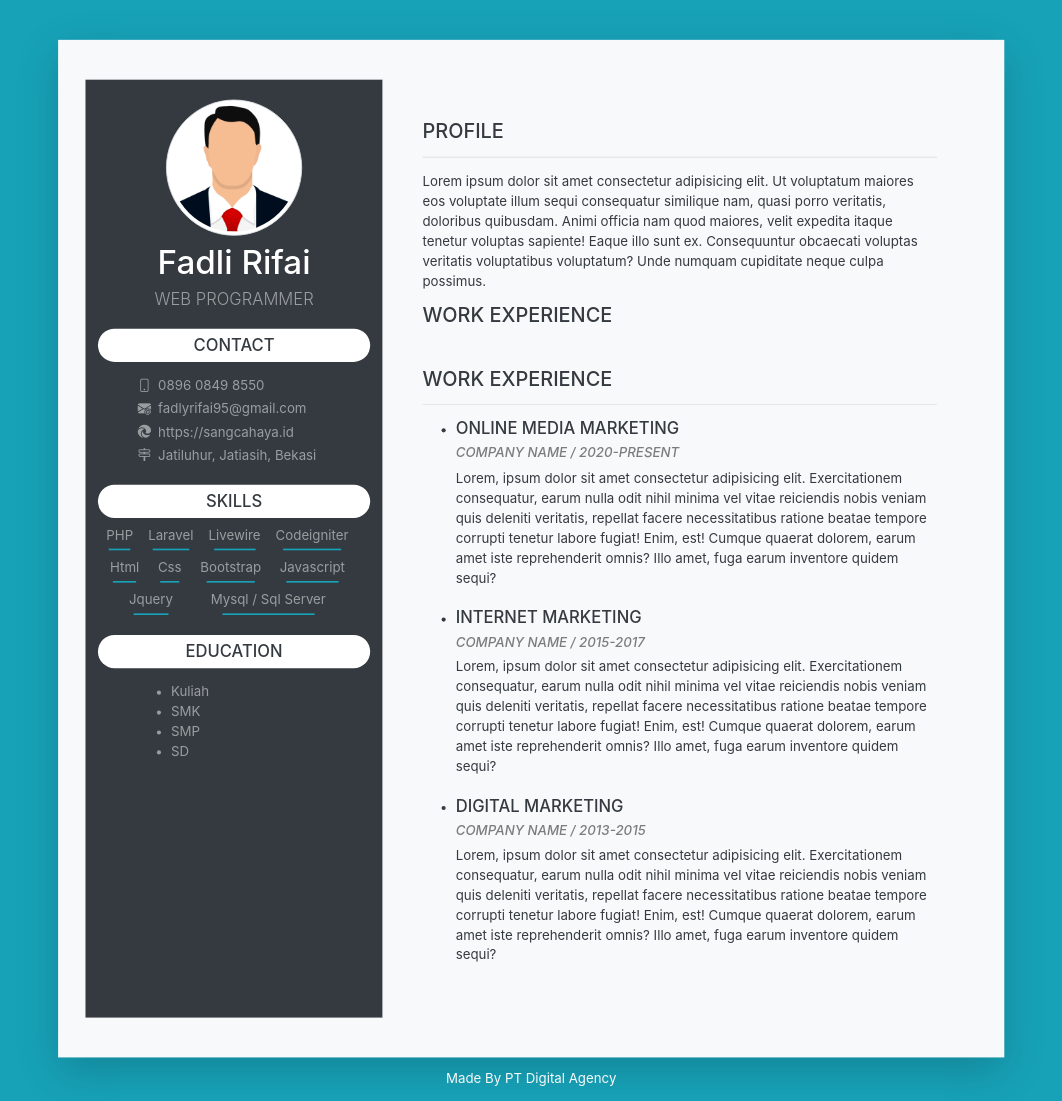
Repository: fadlyyy/fadlyyy.github.io
Page: index.html
The author's editor kept a copy of each file at every save. The page is drawn from the files as they stood at one save, then again after the next save.
The browser window is 1280 px wide. The pictures show the whole page, at 83% of full size.

Above is the page before, as saved 2024-01-31 07:57:26.

### index.html
<!DOCTYPE html>
<html lang="en">

<head>
     <!-- Required meta tags -->
     <meta charset="utf-8" />
     <meta name="viewport" content="width=device-width, initial-scale=1, shrink-to-fit=no" />

     <!-- Bootstrap CSS -->
     <link rel="stylesheet" href="https://cdn.jsdelivr.net/npm/bootstrap@4.6.2/dist/css/bootstrap.min.css"
          integrity="sha384-xOolHFLEh07PJGoPkLv1IbcEPTNtaed2xpHsD9ESMhqIYd0nLMwNLD69Npy4HI+N" crossorigin="anonymous" />

     <!-- Icon -->
     <link rel="stylesheet" href="https://cdn.jsdelivr.net/npm/bootstrap-icons@1.11.3/font/bootstrap-icons.min.css" />

     <link rel="stylesheet" href="style.css" />

     <title>Hello, world!</title>
</head>

<body class="bg-info">
     <div class="container p-5 bg-light mt-5 mb-5 shadow shadow-lg">
          <div class="row">
               <div class="col-lg-4 bg-dark text-white text-center py-4">
                    <div class="header-left">
                         <img src="img/profile.png"
                              alt="" class="img-thumbnail rounded-circle mb-2 w-50 h-50" />
                         <h1 class="display-5">Fadli Rifai</h1>
                         <h4 class="lead text-uppercase text-white-50 mb-4">Web Programmer</h4>
                    </div>

                    <!-- general info -->
                    <div class="general-info">
                         <h5 class="text-uppercase bg-white text-dark py-2 rounded-pill">contact</h5>

                         <ul class="list-unstyled text-white-50 py-2 text-left ml-5">
                              <li class="list-item mb-1">
                                   <p>
                                        <i class="bi bi-phone mr-1"></i> 0896 0849 8550
                                   </p>
                              </li>
                              <li class="list-item mb-1 text-wrap w-75">
                                   <p>
                                        <i class="bi bi-envelope-at-fill mr-1"></i> fadlyrifai95@gmail.com
                                   </p>
                              </li>
                              <li class="list-item mb-1">
                                   <p>
                                        <i class="bi bi-browser-edge mr-1"></i> https://sangcahaya.id
                                   </p>
                              </li>
                              <li class="list-item">
                                   <i class="bi bi-signpost-2 mr-1"></i>
                                   Jatiluhur, Jatiasih, Bekasi
                              </li>
                         </ul>
                    </div>

                    <!-- skills -->
                    <div>
                         <h5 class="text-uppercase bg-white text-dark py-2 rounded-pill">skills</h5>
                         <ul class="list list-unstyled text-white-50 px-2 text-left text-capitalize list-skills">
                              <li class="list-item">PHP</li>
                              <li class="list-item">laravel</li>
                              <li class="list-item">livewire</li>
                              <li class="list-item">codeigniter</li>
                              <li class="list-item">html</li>
                              <li class="list-item">css</li>
                              <li class="list-item">bootstrap</li>
                              <li class="list-item">javascript</li>
                              <li class="list-item">jquery</li>
                              <li class="list-item">mysql / sql server</li>
                         </ul>
                    </div>

                    <!-- educations -->
                    <div>
                         <h5 class="text-uppercase bg-white text-dark py-2 rounded-pill">education</h5>
                         <ul class="list text-white-50 ml-5 py-2 text-left text-capitalize">
                              <li class="list-item">Kuliah</li>
                              <li class="list-item">SMK</li>
                              <li class="list-item">SMP</li>
                              <li class="list-item">SD</li>
                         </ul>
                    </div>
               </div>

               <div class="col-lg-8 bg-light text-dark py-5 px-5 right-side">
                    <div class="header-right">
                         <h4 class="text-uppercase">Profile</h4>
                         <hr />
                         <p>
                              Lorem ipsum dolor sit amet consectetur adipisicing elit. Ut voluptatum maiores eos
                              voluptate illum sequi consequatur similique nam, quasi porro veritatis, doloribus
                              quibusdam. Animi officia nam quod maiores, velit expedita
                              itaque tenetur voluptas sapiente! Eaque illo sunt ex. Consequuntur obcaecati voluptas
                              veritatis voluptatibus voluptatum? Unde numquam cupiditate neque culpa possimus.
                         </p>
                    </div>

                    <div class="work-experience">
                         <h4 class="text-uppercase">work experience</h4>
                    </div>

                    <div class="mt-5">
                         <h4 class="text-uppercase">work experience</h4>
                         <hr>

                         <ul class="list">
                              <li class="list-item">
                                   <h5 class="display-6 text-uppercase">online media marketing</h5>
                                   <h6 class="text-uppercase text-black-50 font-italic">company name / 2020-present</h6>
                                   <p>Lorem, ipsum dolor sit amet consectetur adipisicing elit. Exercitationem consequatur, earum nulla odit nihil minima vel vitae reiciendis nobis veniam quis deleniti veritatis, repellat facere necessitatibus ratione beatae tempore corrupti tenetur labore fugiat! Enim, est! Cumque quaerat dolorem, earum amet iste reprehenderit omnis? Illo amet, fuga earum inventore quidem sequi?</p>
                              </li>

                              <li class="list-item mt-4">
                                   <h5 class="display-6 text-uppercase">internet marketing</h5>
                                   <h6 class="text-uppercase text-black-50 font-italic">company name / 2015-2017</h6>
                                   <p>Lorem, ipsum dolor sit amet consectetur adipisicing elit. Exercitationem consequatur, earum nulla odit nihil minima vel vitae reiciendis nobis veniam quis deleniti veritatis, repellat facere necessitatibus ratione beatae tempore corrupti tenetur labore fugiat! Enim, est! Cumque quaerat dolorem, earum amet iste reprehenderit omnis? Illo amet, fuga earum inventore quidem sequi?</p>
                              </li>

                              <li class="list-item mt-4">
                                   <h5 class="display-6 text-uppercase">digital marketing</h5>
                                   <h6 class="text-uppercase text-black-50 font-italic">company name / 2013-2015</h6>
                                   <p>Lorem, ipsum dolor sit amet consectetur adipisicing elit. Exercitationem consequatur, earum nulla odit nihil minima vel vitae reiciendis nobis veniam quis deleniti veritatis, repellat facere necessitatibus ratione beatae tempore corrupti tenetur labore fugiat! Enim, est! Cumque quaerat dolorem, earum amet iste reprehenderit omnis? Illo amet, fuga earum inventore quidem sequi?</p>
                              </li>
                         </ul>
                    </div>
               </div>
          </div>
     </div>
     <!-- Optional JavaScript; choose one of the two! -->

     <!-- footer -->
     <div class="footer">
          <p class="text-light text-center text-capitalize" style="margin-top: -35px;">made by PT Digital Agency</p>
     </div>

     <!-- Option 1: jQuery and Bootstrap Bundle (includes Popper) -->
     <script src="https://cdn.jsdelivr.net/npm/jquery@3.5.1/dist/jquery.slim.min.js"
          integrity="sha384-DfXdz2htPH0lsSSs5nCTpuj/zy4C+OGpamoFVy38MVBnE+IbbVYUew+OrCXaRkfj"
          crossorigin="anonymous"></script>
     <script src="https://cdn.jsdelivr.net/npm/bootstrap@4.6.2/dist/js/bootstrap.bundle.min.js"
          integrity="sha384-Fy6S3B9q64WdZWQUiU+q4/2Lc9npb8tCaSX9FK7E8HnRr0Jz8D6OP9dO5Vg3Q9ct"
          crossorigin="anonymous"></script>

     <!-- Option 2: Separate Popper and Bootstrap JS -->
     <!--
    <script src="https://cdn.jsdelivr.net/npm/jquery@3.5.1/dist/jquery.slim.min.js" integrity="sha384-DfXdz2htPH0lsSSs5nCTpuj/zy4C+OGpamoFVy38MVBnE+IbbVYUew+OrCXaRkfj" crossorigin="anonymous"></script>
    <script src="https://cdn.jsdelivr.net/npm/popper.js@1.16.1/dist/umd/popper.min.js" integrity="sha384-9/reFTGAW83EW2RDu2S0VKaIzap3H66lZH81PoYlFhbGU+6BZp6G7niu735Sk7lN" crossorigin="anonymous"></script>
    <script src="https://cdn.jsdelivr.net/npm/bootstrap@4.6.2/dist/js/bootstrap.min.js" integrity="sha384-+sLIOodYLS7CIrQpBjl+C7nPvqq+FbNUBDunl/OZv93DB7Ln/533i8e/mZXLi/P+" crossorigin="anonymous"></script>
    -->
</body>

</html>

### style.css
.general-info ul li p {
    margin: 0;
}

.list-skills {
    display: flex;
    flex-wrap: wrap;
    justify-content: space-evenly;
    align-content: space-around;
}

.list-skills .list-item {
    margin-right: 1rem;
    padding-bottom: .5rem;
}

.list-skills .list-item::after {
    content: '';
    display: block;
    background-color: #17a2b8;
    width: 80%;
    height: 2px;
    margin: auto;
    margin-top: 5px;
}

.work-experience::before {
    content: '';
    display: block;
}

/* Media Query */
/* Extra Large */
@media (max-width: 1200px) {

}

/* Laptop */
@media (max-width: 992px) {

}

/* Tablet */
@media (max-width: 768px) {

}

/* Mobile */
@media (max-width: 576px) {
    .right-side {
        padding-left: 0 !important;
        padding-right: 0 !important;
    }
}

After the next save:
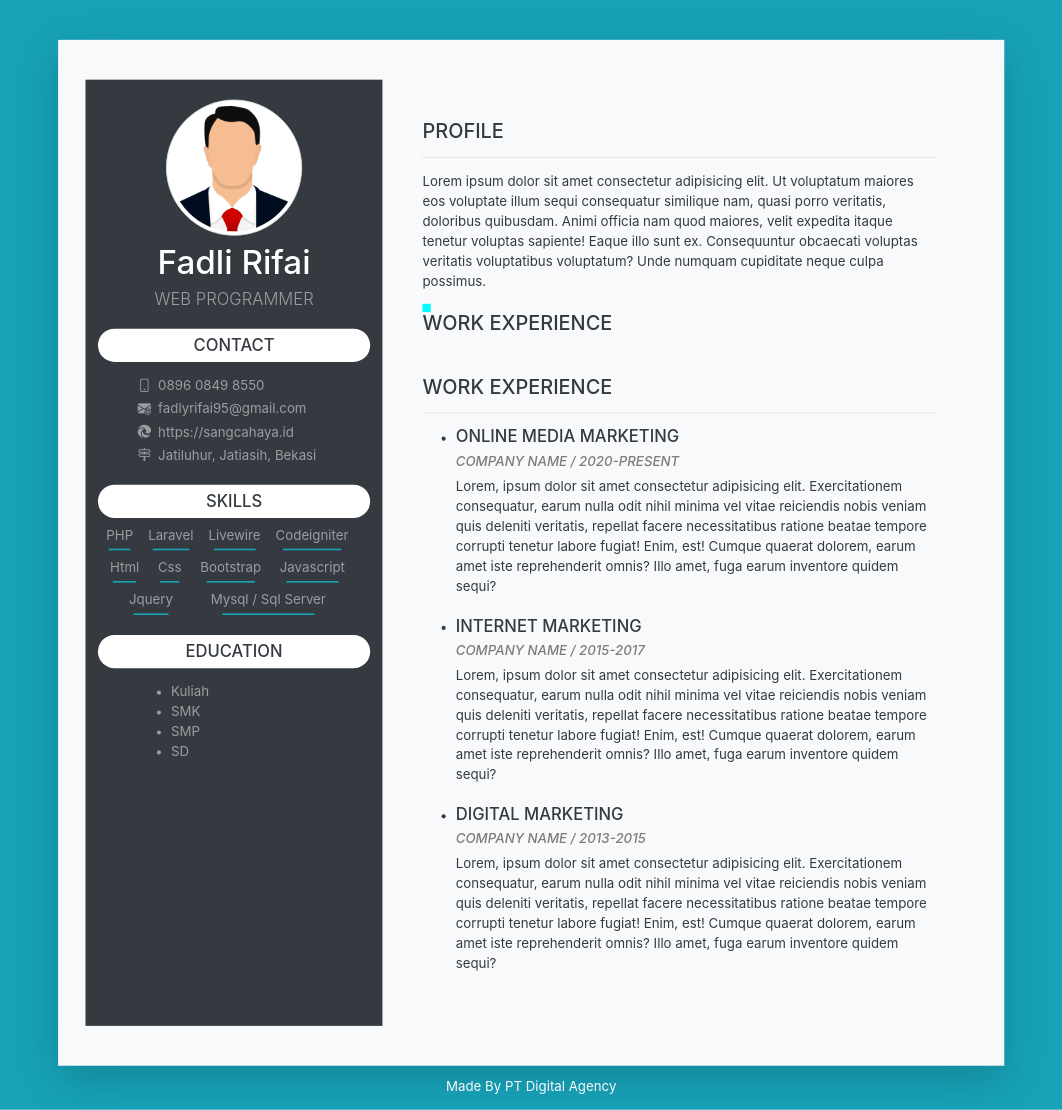
Saved 35 s later.
--- a/style.css
+++ b/style.css
@@ -27,6 +27,9 @@
 .work-experience::before {
     content: '';
     display: block;
+    width: 10px;
+    height: 10px;
+    background-color: aqua;
 }
 
 /* Media Query */

After the 2 saves that followed:
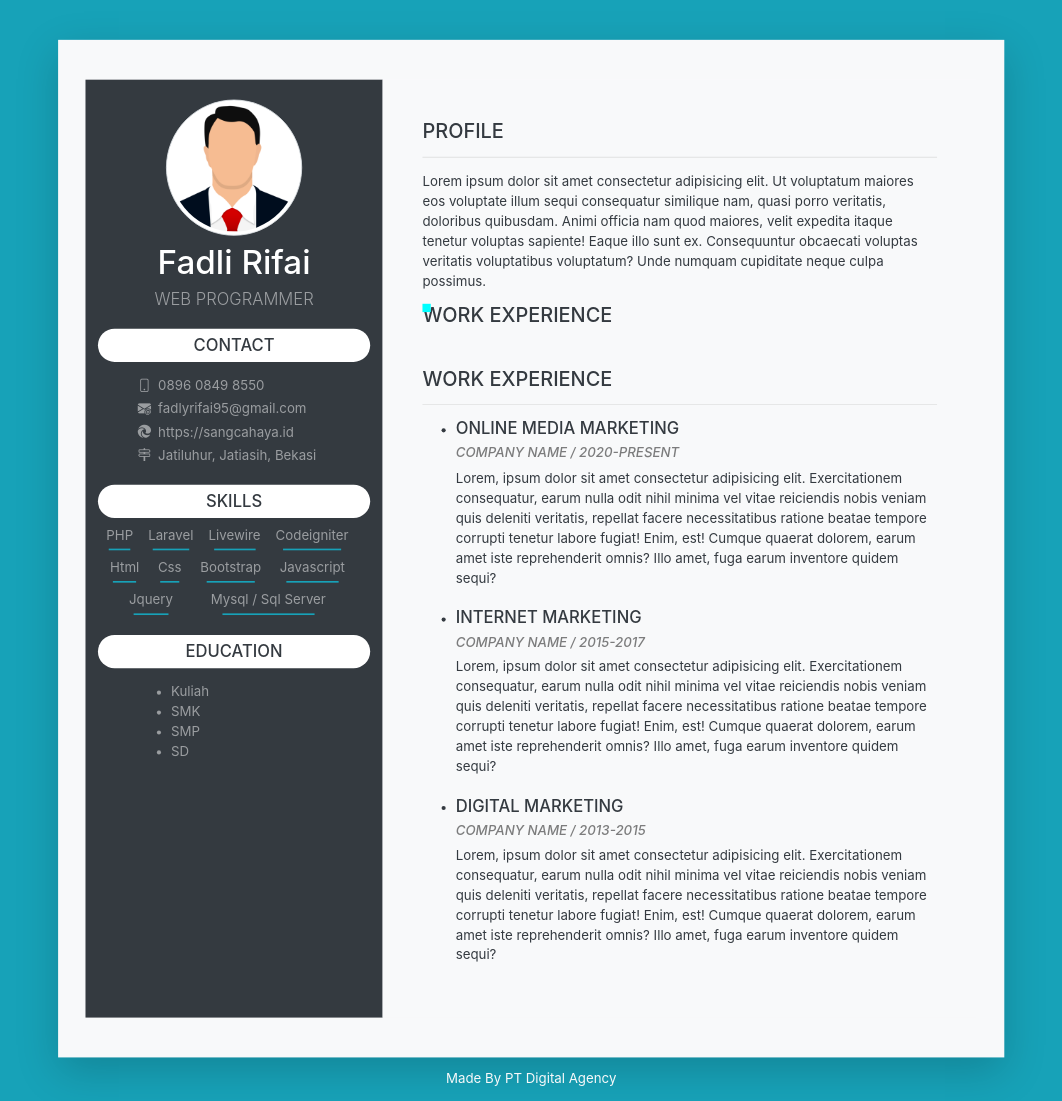
The 2 saves are shown as one change because 1 left the picture as it was.
The last was saved 27 s later.
--- a/style.css
+++ b/style.css
@@ -24,9 +24,14 @@
     margin-top: 5px;
 }
 
+.work-experience {
+    position: relative;
+}
+
 .work-experience::before {
     content: '';
     display: block;
+    position: absolute;
     width: 10px;
     height: 10px;
     background-color: aqua;
